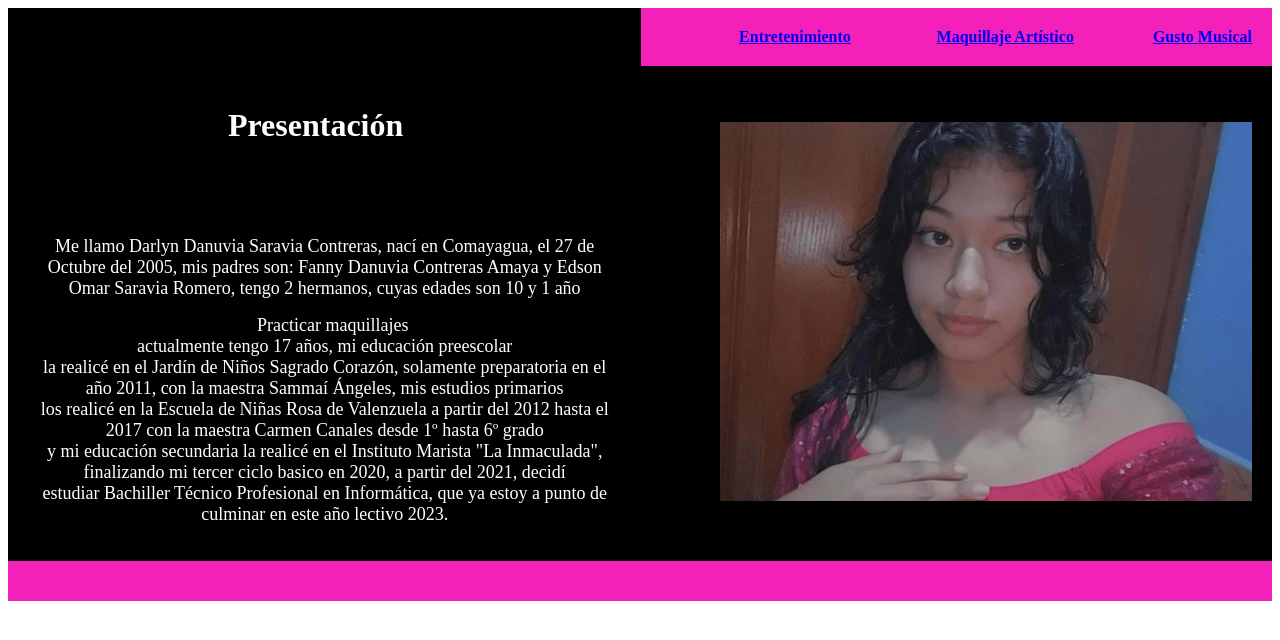
Repository: darlyn-saravia27/portafolio-darlynsaravia
Page: archivoshtml/index.html
An editor plug-in stored every save of this project. The page is shown before and after the next save, followed by the edit.
The browser window is 1280 px wide. The pictures show the whole page.

Above is the page before, as saved 2023-03-05 03:32:29.

After the next save:
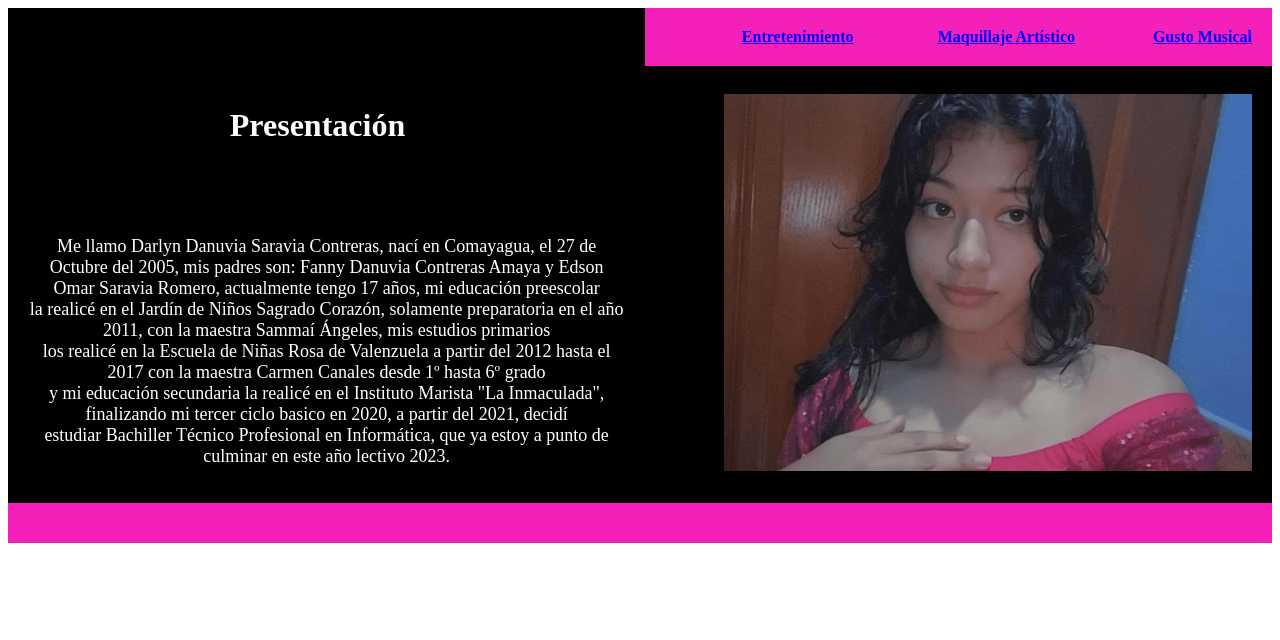
Saved 29 s later.
--- a/archivoshtml/index.html
+++ b/archivoshtml/index.html
@@ -25,8 +25,7 @@
             <br>
             <p><font color="white" size="4"> Me llamo Darlyn Danuvia Saravia Contreras, nací en Comayagua,
                 el 27 de Octubre del 2005, mis padres son: Fanny Danuvia Contreras Amaya y Edson Omar Saravia
-                Romero, tengo 2 hermanos, cuyas edades son 10 y 1 año<li type="1">Practicar maquillajes</li>
-                actualmente tengo 17 años, mi educación preescolar <br>la realicé
+                Romero, actualmente tengo 17 años, mi educación preescolar <br>la realicé
                 en el Jardín de Niños Sagrado Corazón, solamente preparatoria en el año 2011,
                 con la maestra Sammaí Ángeles, mis estudios primarios <br>los realicé en la
                 Escuela de Niñas Rosa de Valenzuela a partir del 2012 hasta el 2017 con
